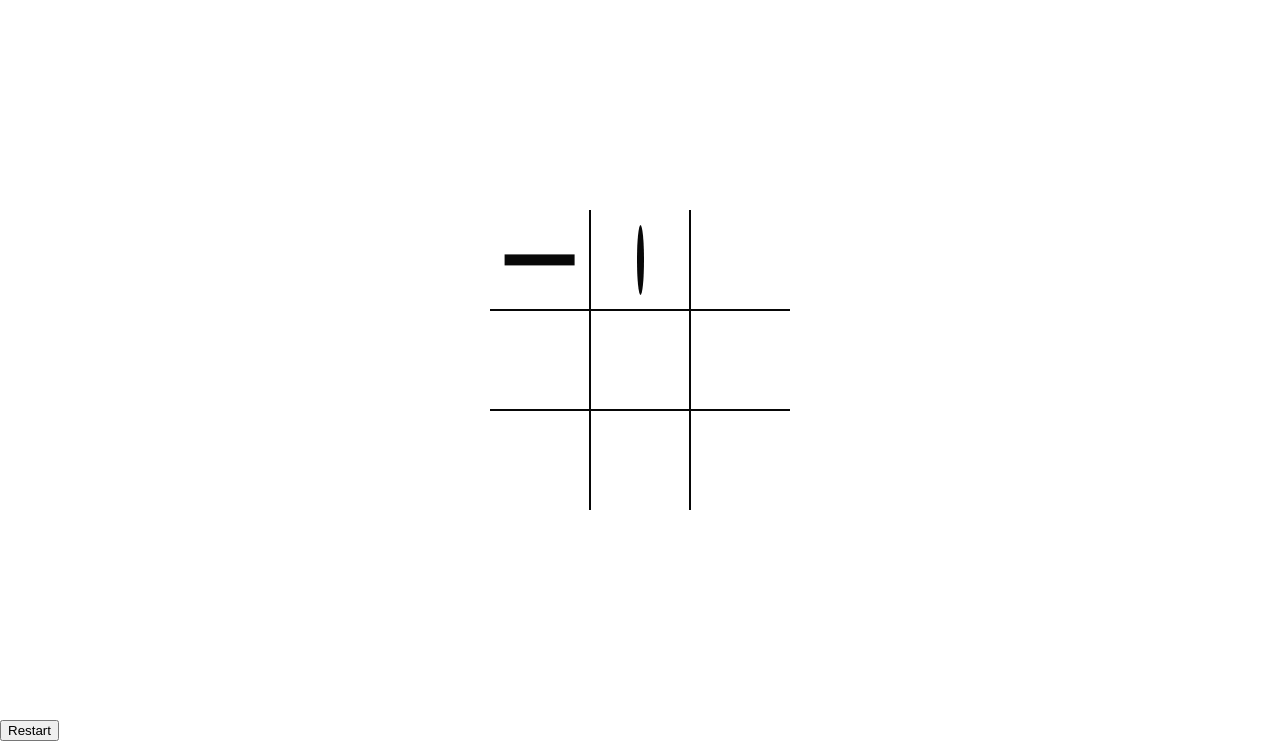
Repository: kkyler24/MCLA
Page: devFiles/TictactoeFiles/ticTacToe.html
These files come from the project's save history. The page is drawn as it stood at one moment and after the next save; the edit follows.
The browser window is 1280 px wide. The pictures show the whole page.

Above is the page before, as saved 2020-04-17 13:38:36.

After the next save:
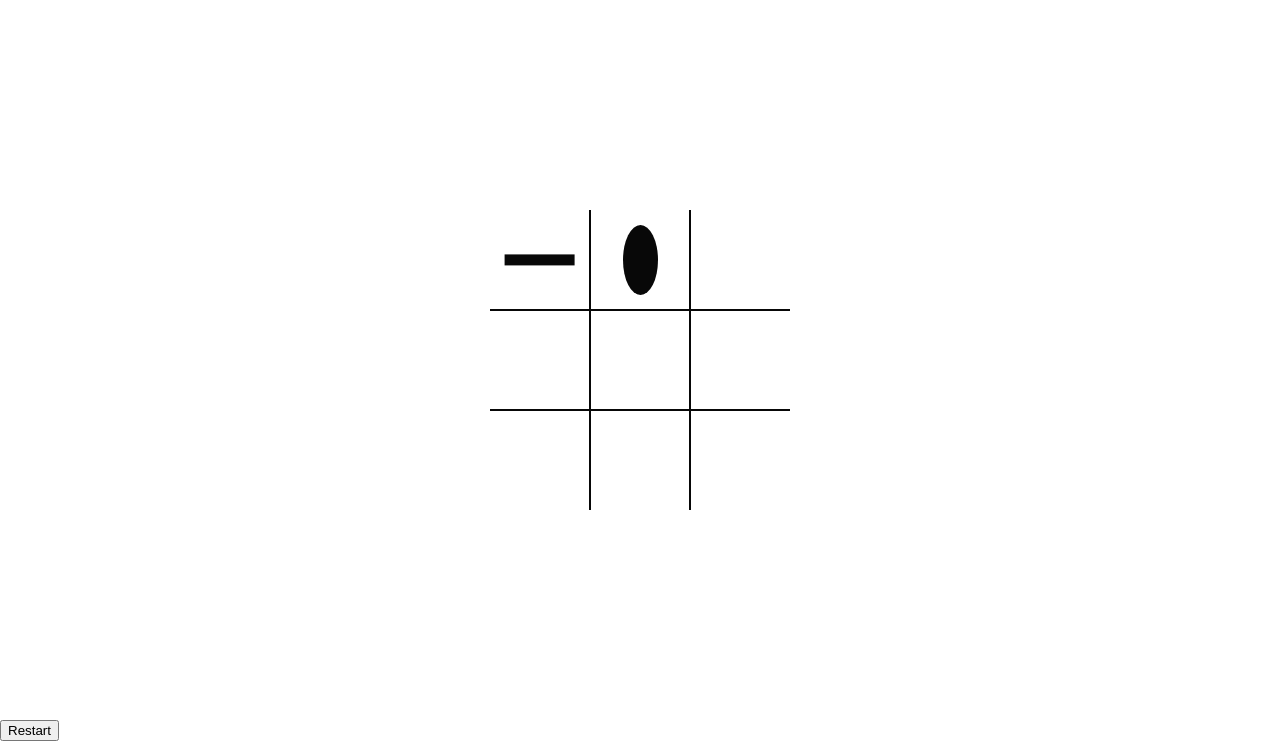
Saved 6 s later.
--- a/devFiles/TictactoeFiles/tictactoe.css
+++ b/devFiles/TictactoeFiles/tictactoe.css
@@ -65,7 +65,7 @@ body{
 .cellBOne.circle::after{
     content: "";
     position: absolute;
-    width: calc(var(--mark-size)*.10);
+    width: calc(var(--mark-size)*.5);
     /* controls the height of the cricles */
     /* transform: rotate(90deg); */
     height: var(--mark-size);
